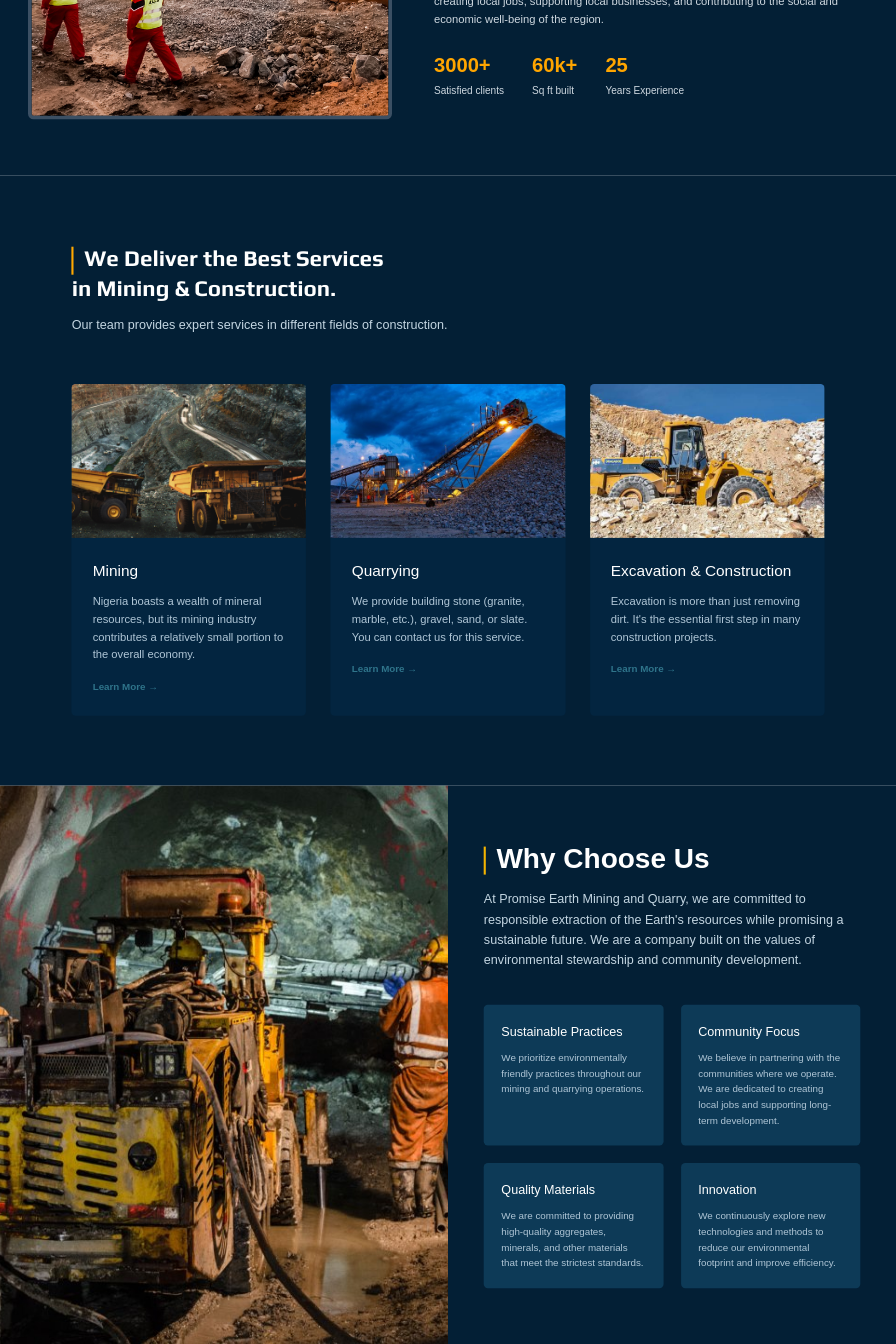
Repository: KC-Minchakpu/promise-earth
Page: /
The author's editor kept a copy of each file at every save. The page is drawn from the files as they stood at one save, then again after the next save.
The browser window is 1280 px wide. The pictures show the part of the page from y = 1299 to 3219 px (the page is 3219 px tall), at 70% of full size.
The project was rebuilt for these pictures with package versions that can differ from the ones it lists, and the page was loaded fresh each time. The framework's server and built-in components were replaced by stand-ins that run in the browser. Also part of the build but not shown: next.config.ts.

Above is the page before, as saved 2026-02-26 16:41:46.

After the next save:
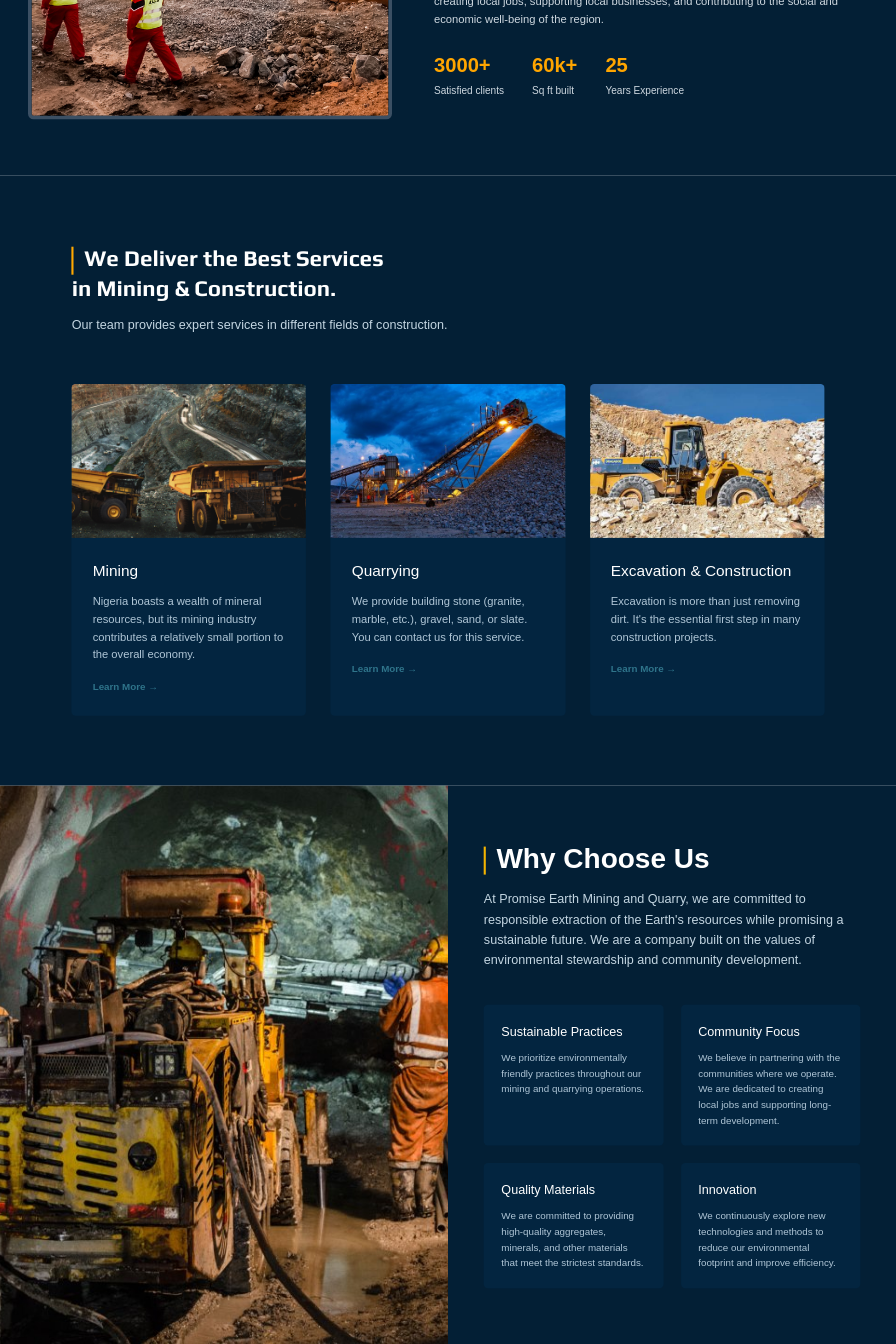
Saved 9 s later.
--- a/src/components/WhyChooseUs/WhyChooseUs.module.css
+++ b/src/components/WhyChooseUs/WhyChooseUs.module.css
@@ -65,7 +65,7 @@
 }
 
 .card {
-  background-color: #0d3a57;
+  background-color: #032540;
   padding: 25px;
   border-radius: 6px;
   transition: all 0.3s ease;
